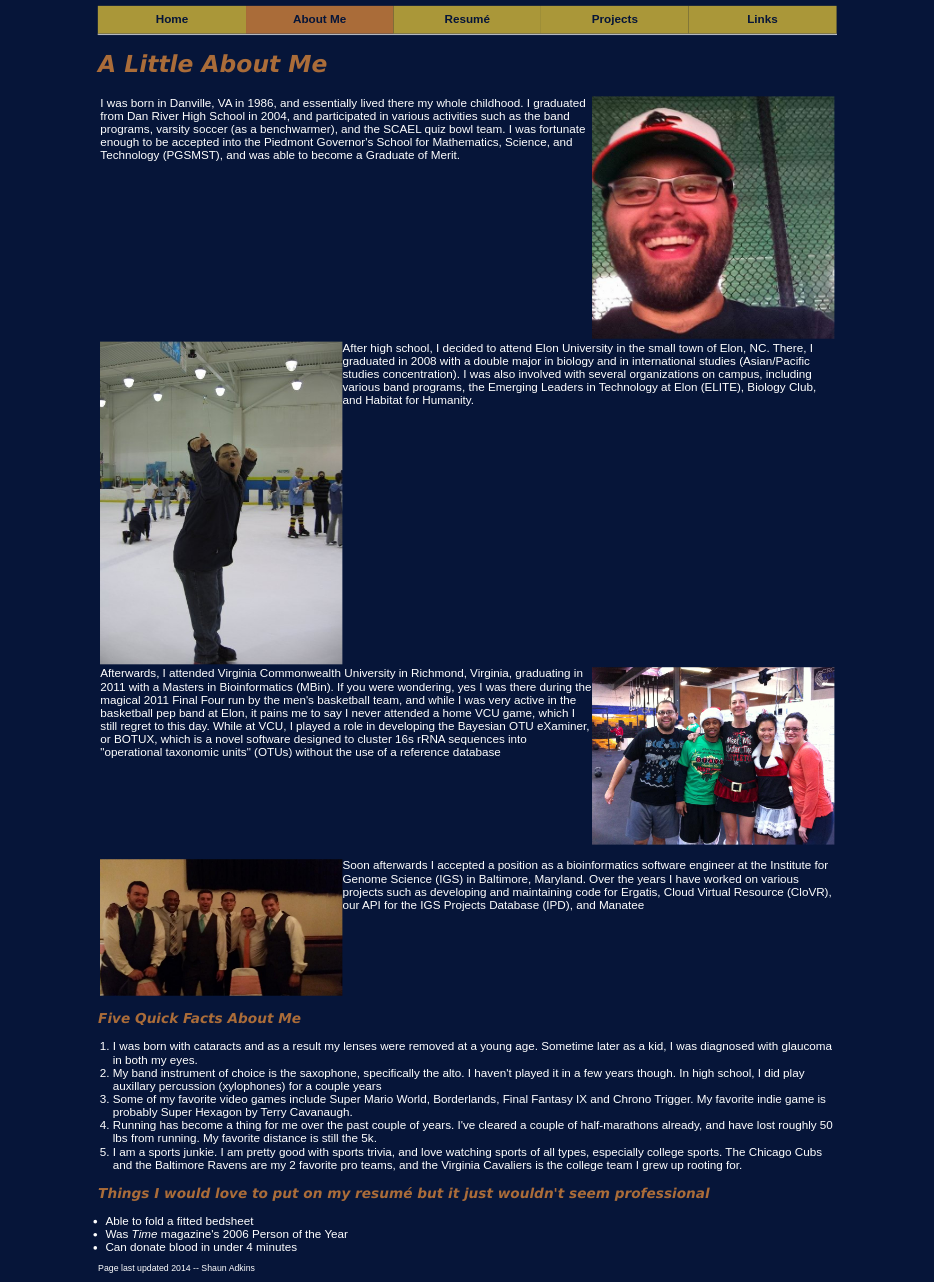
Repository: adkinsrs/sadkins_site
Page: html/about.html
The author's editor kept a record of every edit. The page is drawn from the files as they stood at one moment, then again after the next edit.
The browser window is 1280 px wide. The pictures show the whole page, at 73% of full size.

Above is the page before.

### html/about.html
<!DOCTYPE html>

<!--
Resume Page
-->
<html lang="en">
    <head>
        <meta charset="utf-8" />
        <meta name="viewport" content="width=device-width">
        <title>About Me</title>
        <link rel="stylesheet" href="../css/main.css" type="text/css"/>
    </head>

    <body>
        <div id="whole">
            <div id="menu_container">
                <ul>
                    <li class="navmenu"><a class="otherpage" href="./home.html">Home</a></li>
                    <li class="navmenu"><a class="current" href="./about.html">About Me</a></li>
                    <li class="navmenu"><a class="otherpage" href="./resume.html">Resum&#233;</a></li>
                    <li class="navmenu"><a class="otherpage" href="./projects.html">Projects</a></li>
                    <li class="navmenu"><a class="otherpage" href="./links.html">Links</a></li>
                </ul>
            </div>
            <hr>
            <h1>A Little About Me</h1>

            <div id="text_container">
                <table>
                    <tr><td>
                        <img class="img_right" src="../images/orioles.jpg" alt="Go Orioles!">
                        I was born in Danville, VA in 1986, and essentially lived there my whole childhood.  I graduated from Dan River High School in 2004, and participated in various activities such as the band programs, varsity soccer (as a benchwarmer), and the SCAEL quiz bowl team.  I was fortunate enough to be accepted into the Piedmont Governor's School for Mathematics, Science, and Technology (PGSMST), and was able to become a Graduate of Merit.
                    </td></tr>
                    <tr><td>
                        <img class="img_left" src="../images/ice_skating.jpg" alt="Posing at the ice skating rink">
                        After high school, I decided to attend Elon University in the small town of Elon, NC.  There, I graduated in 2008 with a double major in biology and in international studies (Asian/Pacific studies concentration).  I was also involved with several organizations on campus, including various band programs, the Emerging Leaders in Technology at Elon (ELITE), Biology Club, and Habitat for Humanity.
                    </td></tr>
                    <tr><td>
                        <img class="img_right" src="../images/crossfit.jpg" alt="Tough Christmas-themed Crossfit workout...never again!">
                        Afterwards, I attended Virginia Commonwealth University in Richmond, Virginia, graduating in 2011 with a Masters in Bioinformatics (MBin).  If you were wondering, yes I was there during the magical 2011 Final Four run by the men's basketball team, and while I was very active in the basketball pep band at Elon, it pains me to say I never attended a home VCU game, which I still regret to this day.  While at VCU, I played a role in developing the Bayesian OTU eXaminer, or BOTUX, which is a novel software designed to cluster 16s rRNA sequences into "operational taxonomic units" (OTUs) without the use of a reference database
                    </td></tr>
                    <tr><td>
                        <p>
                            <img class="img_left" src="../images/wade_wedding.jpg" alt="Picture with the college buddies at my friend's wedding">
                            Soon afterwards I accepted a position as a bioinformatics software engineer at the Institute for Genome Science (IGS) in Baltimore, Maryland.  Over the years I have worked on various projects such as developing and maintaining code for Ergatis, Cloud Virtual Resource (CloVR), our API for the IGS Projects Database (IPD), and Manatee
                        </p>
                    </td></tr>
                </table>

                <h3>Five Quick Facts About Me</h3>
                <ol>
                    <li>I was born with cataracts and as a result my lenses were removed at a young age.  Sometime later as a kid, I was diagnosed with glaucoma in both my eyes.</li>
                    <li>My band instrument of choice is the saxophone, specifically the alto.  I haven't played it in a few years though.  In high school, I did play auxillary percussion (xylophones) for a couple years</li>
                    <li>Some of my favorite video games include Super Mario World, Borderlands, Final Fantasy IX and Chrono Trigger.  My favorite indie game is probably Super Hexagon by Terry Cavanaugh.</li>
                    <li>Running has become a thing for me over the past couple of years.  I've cleared a couple of half-marathons already, and have lost roughly 50 lbs from running.  My favorite distance is still the 5k.</li>
                    <li>I am a sports junkie.  I am pretty good with sports trivia, and love watching sports of all types, especially college sports.  The Chicago Cubs and the Baltimore Ravens are my 2 favorite pro teams, and the Virginia Cavaliers is the college team I grew up rooting for.</li>
                </ol>

                <h3>Things I would love to put on my resum&#233; but it just wouldn't seem professional</h3>
                <ul class="normal_list">
                    <li>Able to fold a fitted bedsheet</li>
                    <li>Was <i>Time</i> magazine's 2006 Person of the Year</li>
                    <li>Can donate blood in under 4 minutes</li>
                </ul>
            </div>

            <div id="footer">
                <p>Page last updated 2014 -- Shaun Adkins</>
            </div>
        </div>
    </body>
</html>

### css/main.css
body {
    background-color: #061539;
    color: #FFFFFF;
    font-family: Arial, Helvetica, sans-serif;
}

#whole {
    width: 80%;
    margin: 0 auto;
}

#footer {
    font-size: 12px;
}

h1, h3 {
    font-family:"Lucida Sans Unicode", "Lucida Grande", sans-serif;
    color: #AA6C39;
    font-style: italic;
}

#menu_container {
    text-align: center;
}

ul {
    list-style-type: none;
    margin:0;
    padding: 0;
}

ol {
    padding-left: 20px;
}

img {
    width:33%;
}

.navmenu {
    text-align: center;
	font-family: Arial, Helvetica, sans-serif;
    font-weight: bold;
}

/* <a> menu links */
.current, .otherpage {
    display: block;
    text-decoration: none;
    color: #061539;
}

.current, .current:visited {
    background-color: #AA6C39;
}

.otherpage, .otherpage:visited {
    background-color: #AA9739;
}

.current:hover,.otherpage:hover {
    color: #FFFFFF;
}

.general_link, .general_link:visited {
    color: #AA9739;
}

.normal_list {
    list-style-type: disc;
    padding-left:10px;
}

/* tablet size screens */
@media screen and (max-width: 720px){
    .navmenu {
        width: 100%;
    }

    p {
        text-align:justify;
    }

    img {
        width: 66%;
        margin-left: auto;
        margin-right: auto;
        padding: 20px;
        display:block;
    }

}


/* large size screens */
@media screen and (min-width: 721px){
    .navmenu {
        float: left;
        width: 20%;
    }

    /* <a> menu links */
    .current, .otherpage {
        padding: 10px;
    }

    .img_left {
        float:left;
    }

    .img_right {
        float:right;
    }
}

After the next edit:
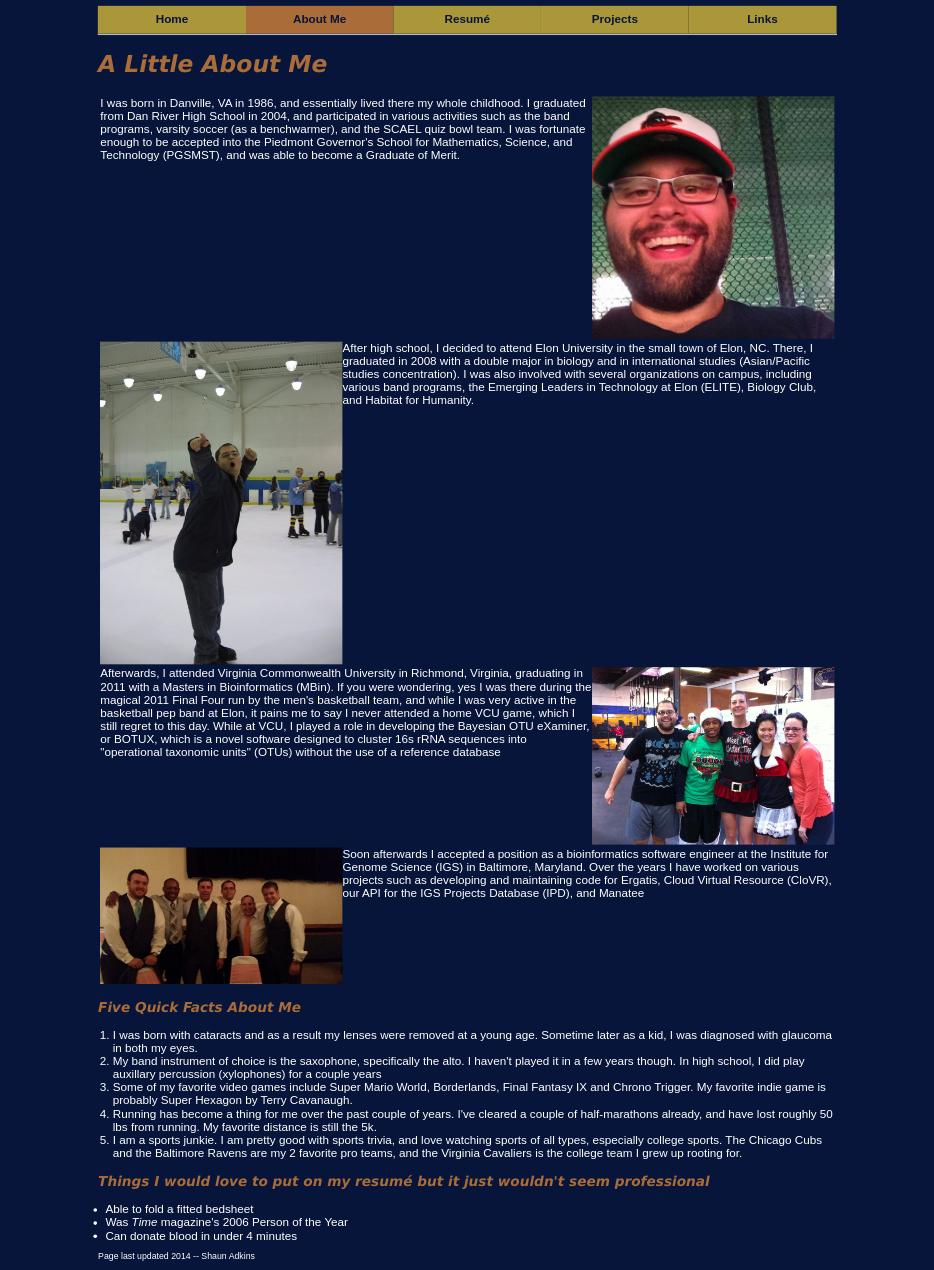
The edit:
--- a/html/about.html
+++ b/html/about.html
@@ -40,10 +40,8 @@
                         Afterwards, I attended Virginia Commonwealth University in Richmond, Virginia, graduating in 2011 with a Masters in Bioinformatics (MBin).  If you were wondering, yes I was there during the magical 2011 Final Four run by the men's basketball team, and while I was very active in the basketball pep band at Elon, it pains me to say I never attended a home VCU game, which I still regret to this day.  While at VCU, I played a role in developing the Bayesian OTU eXaminer, or BOTUX, which is a novel software designed to cluster 16s rRNA sequences into "operational taxonomic units" (OTUs) without the use of a reference database
                     </td></tr>
                     <tr><td>
-                        <p>
-                            <img class="img_left" src="../images/wade_wedding.jpg" alt="Picture with the college buddies at my friend's wedding">
-                            Soon afterwards I accepted a position as a bioinformatics software engineer at the Institute for Genome Science (IGS) in Baltimore, Maryland.  Over the years I have worked on various projects such as developing and maintaining code for Ergatis, Cloud Virtual Resource (CloVR), our API for the IGS Projects Database (IPD), and Manatee
-                        </p>
+                        <img class="img_left" src="../images/wade_wedding.jpg" alt="Picture with the college buddies at my friend's wedding">
+                        Soon afterwards I accepted a position as a bioinformatics software engineer at the Institute for Genome Science (IGS) in Baltimore, Maryland.  Over the years I have worked on various projects such as developing and maintaining code for Ergatis, Cloud Virtual Resource (CloVR), our API for the IGS Projects Database (IPD), and Manatee
                     </td></tr>
                 </table>
 
